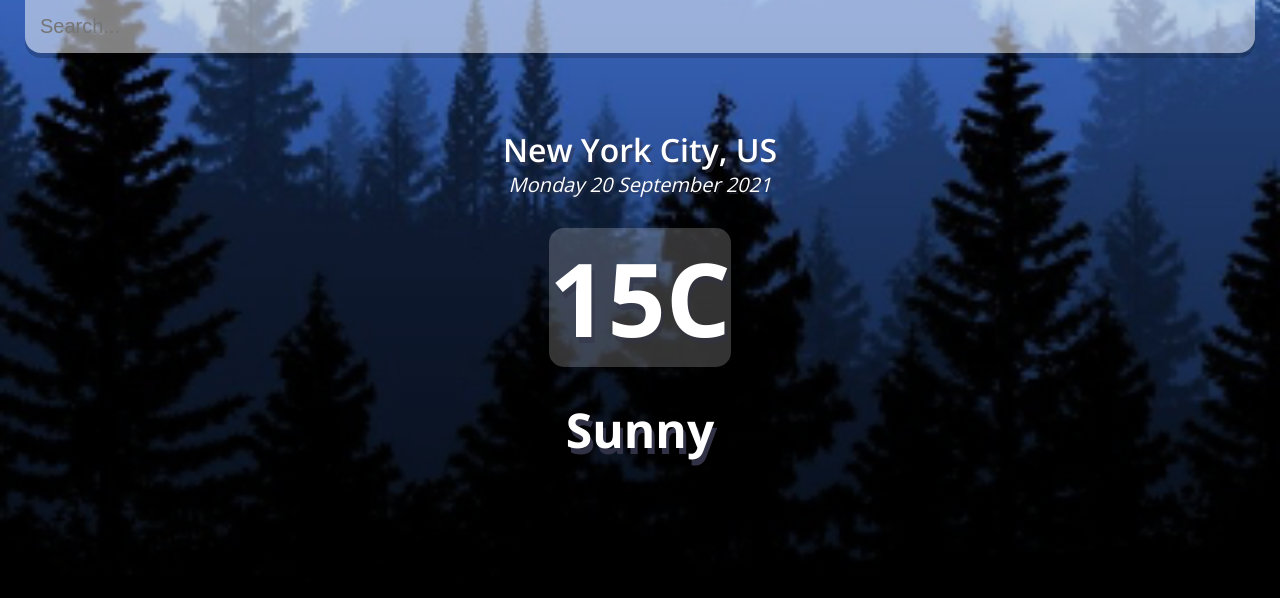
Repository: kate30980/weather-app-reactjs
Page: /
An editor plug-in stored every save of this project. The page is shown before and after the next save, followed by the edit.
The browser window is 1280 px wide. The pictures show the whole page.
The project was rebuilt for these pictures with package versions that can differ from the ones it lists, and the page was loaded fresh each time. Also part of the build but not shown: src/App.css.

Above is the page before, as saved 2021-09-20 15:44:37.

### src/index.css
@import url('https://fonts.googleapis.com/css2?family=Open+Sans:wght@400;600;700&display=swap');
*{
  margin: 0;
  padding: 0;
  box-sizing: border-box;
}
body{
  font-family: 'Open Sans', sans-serif;
}
.app{
  background-image: url('./assets/cold-bg.jpg');
  background-size: cover;background-position: bottom;
  transition: 0.4 ease-out;
}
.app.warm{
  background-image: url('./assets/warm-bg.jpg');
}

main{
  min-height:100vh;
  background-image:linear-gradient(to bottom,rgba(0,0,0,0.2), rgba(0,0,0,0.75));
  padding:25px;
}
.search-box{
  width: 100%;
  margin: 0 0 75px;
}
.search-box .search-bar{
  display: block;
  width: 100%;
  padding: 15px;


  appearance: none;
  background: none;
  border:none;
  outline: none;

  background-color:rgba(255,255,255,0.5);
  border-radius: 0px 0px 16px 16px;
  margin-top: -25px;

  box-shadow: 0px 5px rgba(0,0,0,0.2);

  color: #313131;font-size: 20px;
  transition: 0.4s ease;
}

.search-box .search-bar:focus{
  background-color: rgba(255,255,255,0.75);
}

.location-box .location{
  color: #fff;
  font-size: 32px;
  font-weight: 600;
  text-align: center;
  text-shadow: 3px 3px rgba(50,50,70,0.5);
}
.location-box .date{
  color: #fff;
  font-size: 20px;
  font-weight: 400;
  font-style: italic;
  text-align: center;
  text-shadow: 2px 2px rgba(50,50,70,0.5);
}

.weather-box{
  text-align: center;
}
.weather-box .temp{
  position: relative;
  display: inline-block;
  margin: 30px auto;
  background-color: rgba(255,255,255,0.2);
  border-radius: 15px;

  color: #fff;
  font-size: 102px;
  font-weight: 700;

  text-align: center;
  text-shadow: 3px 6px rgba(50,50,70,0.5);
  box-shadow: 3px 6px rgba(0,0,0,0.2);
}

.weather-box .weather{
  color: #fff;
  font-size: 48px;
  font-weight: 700;
  text-shadow: 3px 6px rgba(50,50,70,05);
}

### src/App.js
import "./App.css";
import React, { useState } from "react";

const api = {
  key: "0b4b084c05f00dbbb02cf63625716327",
  base: "https://api.openweathermap.org/data/2.5/",
};

function App() {
  const [query, setQuery] = useState("");
  const [weather, setweather] = useState("");

  const search = (evt) => {
    if (evt.key === "Enter") {
      fetch(`${api.base}weather?q=${query}&units=metric&APPID=${api.key}`)
        .then((res) => res.json())
        .then((result) => setweather(result));
    }
  };
  const dateBuilder = (d) => {
    let months = [
      "January",
      "February",
      "March",
      "April",
      "May",
      "June",
      "July",
      "August",
      "September",
      "October",
      "November",
      "December",
    ];
    let days = [
      "Sunday",
      "Monday",
      "Tuesday",
      "Wednesday",
      "Thursday",
      "Friday",
      "Saturday",
    ];

    let day = days[d.getDay()];
    let date = d.getDate();
    let month = months[d.getMonth()];
    let year = d.getFullYear();
    return `${day} ${date} ${month} ${year}`;
  };
  return (
    <div className="app">
      <main>
        <div className="search-box">
          <input type="text" className="search-bar" placeholder="Search..." />
        </div>
        <div className="location-box">
          <div className="location">New York City, US</div>
          <div className="date">{dateBuilder(new Date())}</div>
        </div>
        <div className="weather-box">
          <div className="temp">15C</div>
          <div className="weather">Sunny</div>
        </div>
      </main>
    </div>
  );
}

export default App;

Loaded but not shown: public/index.html (common file); src/index.js (common file); src/reportWebVitals.js (common file)

After the next save:
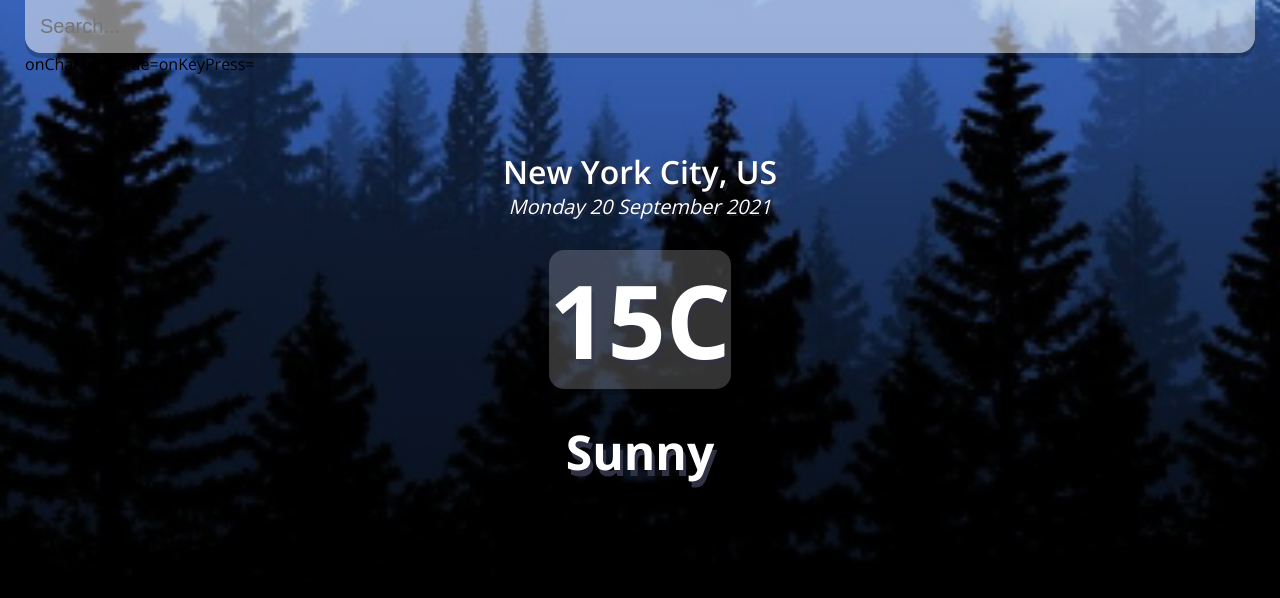
Saved 5 min 20 s later.
--- a/src/App.js
+++ b/src/App.js
@@ -14,7 +14,11 @@
     if (evt.key === "Enter") {
       fetch(`${api.base}weather?q=${query}&units=metric&APPID=${api.key}`)
         .then((res) => res.json())
-        .then((result) => setweather(result));
+        .then((result) => {
+          setweather(result);
+          setQuery("");
+        });
+      console.log(weather);
     }
   };
   const dateBuilder = (d) => {
@@ -53,6 +57,9 @@
       <main>
         <div className="search-box">
           <input type="text" className="search-bar" placeholder="Search..." />
+          onChange={(e) => setQuery(e.target.value)}
+          value={query}
+          onKeyPress={search}
         </div>
         <div className="location-box">
           <div className="location">New York City, US</div>

After the save that followed:
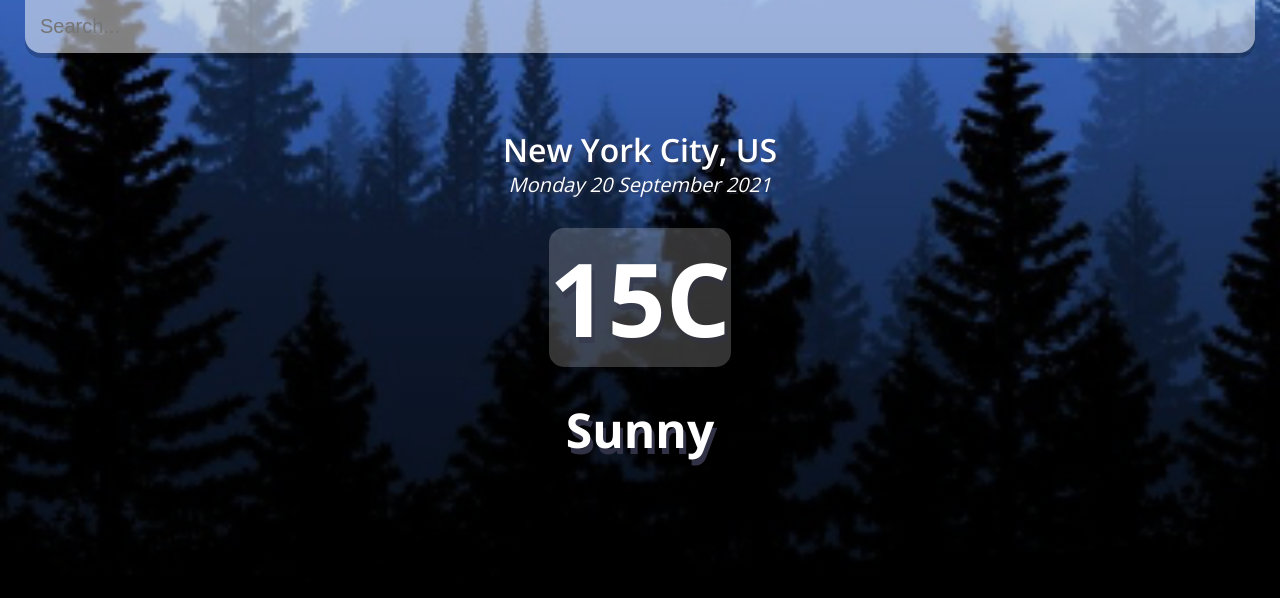
Saved 3 min 40 s later.
--- a/src/App.js
+++ b/src/App.js
@@ -56,10 +56,14 @@
     <div className="app">
       <main>
         <div className="search-box">
-          <input type="text" className="search-bar" placeholder="Search..." />
-          onChange={(e) => setQuery(e.target.value)}
-          value={query}
-          onKeyPress={search}
+          <input
+            type="text"
+            className="search-bar"
+            placeholder="Search..."
+            onChange={(e) => setQuery(e.target.value)}
+            value={query}
+            onKeyPress={search}
+          />
         </div>
         <div className="location-box">
           <div className="location">New York City, US</div>
